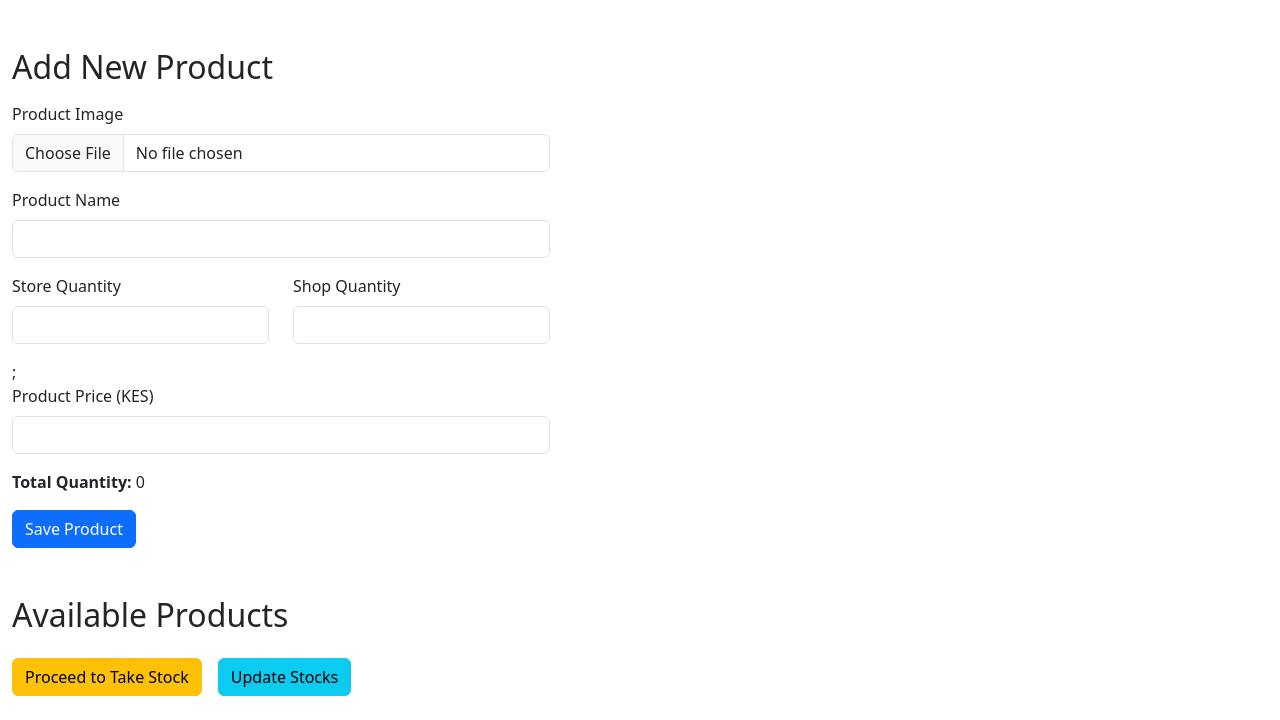
Repository: profbkmurage/soms
Page: /cart
An editor plug-in stored every save of this project. The page is shown before and after the next save, followed by the edit.
The browser window is 1280 px wide. The pictures show the whole page.
The page's requests for data from a server got no answer. The project was rebuilt for these pictures with package versions that can differ from the ones it lists, and the page was loaded fresh each time. No one was signed in, and anything a server would have sent is missing. Also part of the build but not shown: vite.config.js, src/components/AddStockModal.jsx, src/components/ProductCard.jsx.

Above is the page before, as saved 2025-07-17 16:56:19.

After the next save:
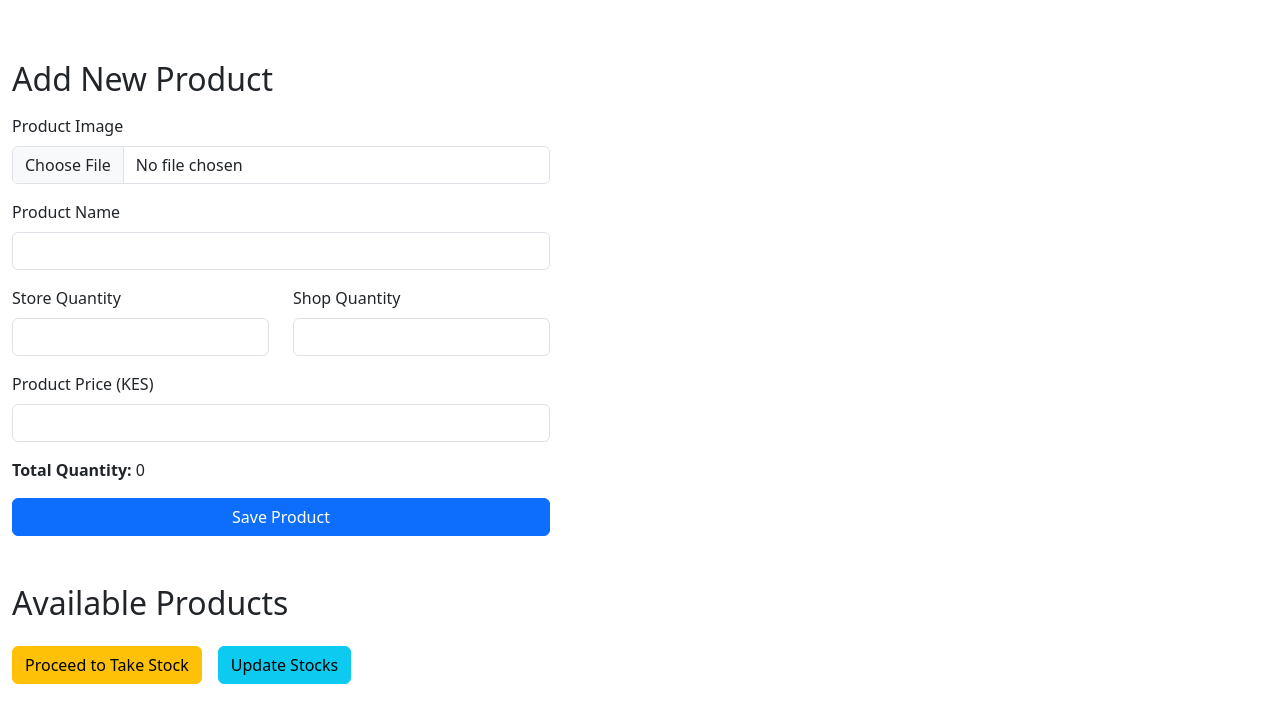
Saved 3 min 4 s later.
--- a/src/components/Product.jsx
+++ b/src/components/Product.jsx
@@ -21,12 +21,14 @@ const ProductForm = () => {
 
   const handleFileChange = async e => {
     const file = e.target.files[0]
+    if (!file) return
+
     setUploading(true)
     try {
       const uploadedUrl = await uploadImageToCloudinary(file)
       setImageUrl(uploadedUrl)
     } catch (err) {
-      alert(`Image upload failed. with error ${err}`)
+      alert(`Image upload failed: ${err.message || err}`)
     } finally {
       setUploading(false)
     }
@@ -35,45 +37,53 @@ const ProductForm = () => {
   const handleSubmit = async e => {
     e.preventDefault()
 
-    const totalQty = parseInt(storeQty || 0) + parseInt(shopQty || 0)
+    const trimmedName = productName.trim().toLowerCase()
+    const parsedStore = parseInt(storeQty || 0)
+    const parsedShop = parseInt(shopQty || 0)
+    const parsedPrice = parseFloat(price || 0)
+
+    if (!trimmedName || !imageUrl || parsedPrice <= 0) {
+      alert('Please fill all fields and upload a product image.')
+      return
+    }
 
     // Check for duplicate product
     const q = query(
       collection(db, 'products'),
-      where('productName', '==', productName.trim().toLowerCase())
+      where('productName', '==', trimmedName)
     )
     const querySnapshot = await getDocs(q)
 
-    if (!productName || !imageUrl || querySnapshot.size > 0) {
-      alert('Product exists or missing fields.')
+    if (!querySnapshot.empty) {
+      alert('Product already exists.')
       return
     }
 
     try {
-      // Generate a reusable ID to store in both collections
-      const productId = Date.now().toString() // or use nanoid/uuid if needed
+      const productId = Date.now().toString() // or nanoid
+      const totalQty = parsedStore + parsedShop
 
       const productData = {
         productId,
-        productName,
-        storeQty: parseInt(storeQty),
-        shopQty: parseInt(shopQty),
-        totalQty: parseInt(storeQty) + parseInt(shopQty),
+        productName: trimmedName,
+        storeQty: parsedStore,
+        shopQty: parsedShop,
+        totalQty,
         imageUrl,
-        price: parseFloat(price),
+        price: parsedPrice,
         createdAt: serverTimestamp()
       }
 
-      // 1. Save to 'products/'
+      // Save to products/
       await setDoc(doc(db, 'products', productId), productData)
 
-      // 2. Save to 'referenceStocks/' (frozen snapshot)
+      // Save to referenceStocks/
       await setDoc(doc(db, 'referenceStocks', productId), {
         ...productData,
-        reference: true // just a tag to distinguish
+        reference: true
       })
 
-      alert('Product added successfully!')
+      alert('✅ Product added successfully!')
 
       // Clear form
       setProductName('')
@@ -82,7 +92,7 @@ const ProductForm = () => {
       setPrice('')
       setImageUrl('')
     } catch (error) {
-      alert('Failed to add product.')
+      alert('❌ Failed to add product.')
       console.error(error)
     }
   }
@@ -101,6 +111,7 @@ const ProductForm = () => {
           />
           {uploading && <small className='text-info'>Uploading...</small>}
         </div>
+
         <div className='mb-3'>
           <label className='form-label'>Product Name</label>
           <input
@@ -110,6 +121,7 @@ const ProductForm = () => {
             onChange={e => setProductName(e.target.value)}
           />
         </div>
+
         <div className='row mb-3'>
           <div className='col'>
             <label className='form-label'>Store Quantity</label>
@@ -118,6 +130,7 @@ const ProductForm = () => {
               className='form-control'
               value={storeQty}
               onChange={e => setStoreQty(e.target.value)}
+              min='0'
             />
           </div>
           <div className='col'>
@@ -127,27 +140,34 @@ const ProductForm = () => {
               className='form-control'
               value={shopQty}
               onChange={e => setShopQty(e.target.value)}
+              min='0'
             />
           </div>
         </div>
-        ;
+
         <div className='mb-3'>
           <label className='form-label'>Product Price (KES)</label>
           <input
             type='number'
             className='form-control'
             value={price}
-            onChange={e => setPrice(parseFloat(e.target.value))}
-            min='0'
+            onChange={e => setPrice(e.target.value)}
+            min='1'
             required
           />
         </div>
+
         <div className='mb-3'>
           <strong>Total Quantity: </strong>
           {parseInt(storeQty || 0) + parseInt(shopQty || 0)}
         </div>
-        <button type='submit' className='btn btn-primary' disabled={uploading}>
-          Save Product
+
+        <button
+          type='submit'
+          className='btn btn-primary w-100'
+          disabled={uploading}
+        >
+          {uploading ? 'Uploading Image...' : 'Save Product'}
         </button>
       </form>
     </div>
